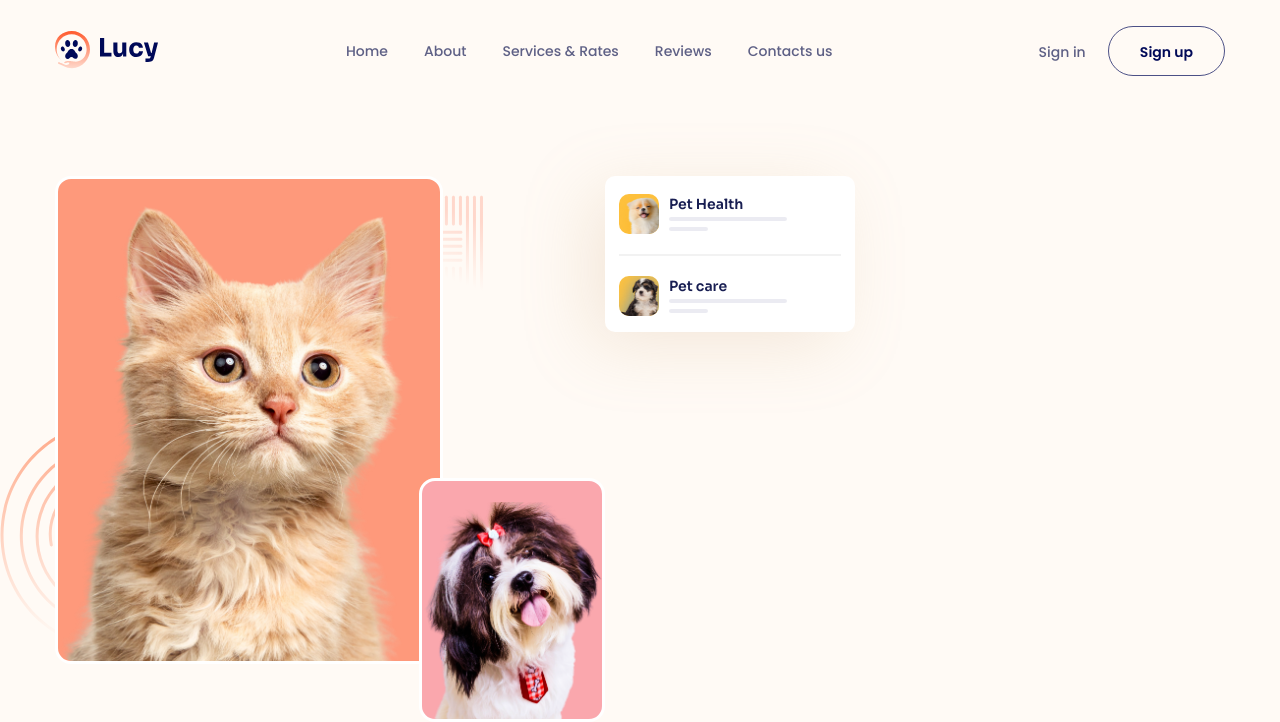
Repository: empty24062002/f8-project-05
Page: index.html
These files come from the project's save history. The page is drawn as it stood at one moment and after the next save; the edit follows.
The browser window is 1280 px wide. The pictures show the whole page.

Above is the page before, as saved 2023-09-09 17:56:36.

After the next save:
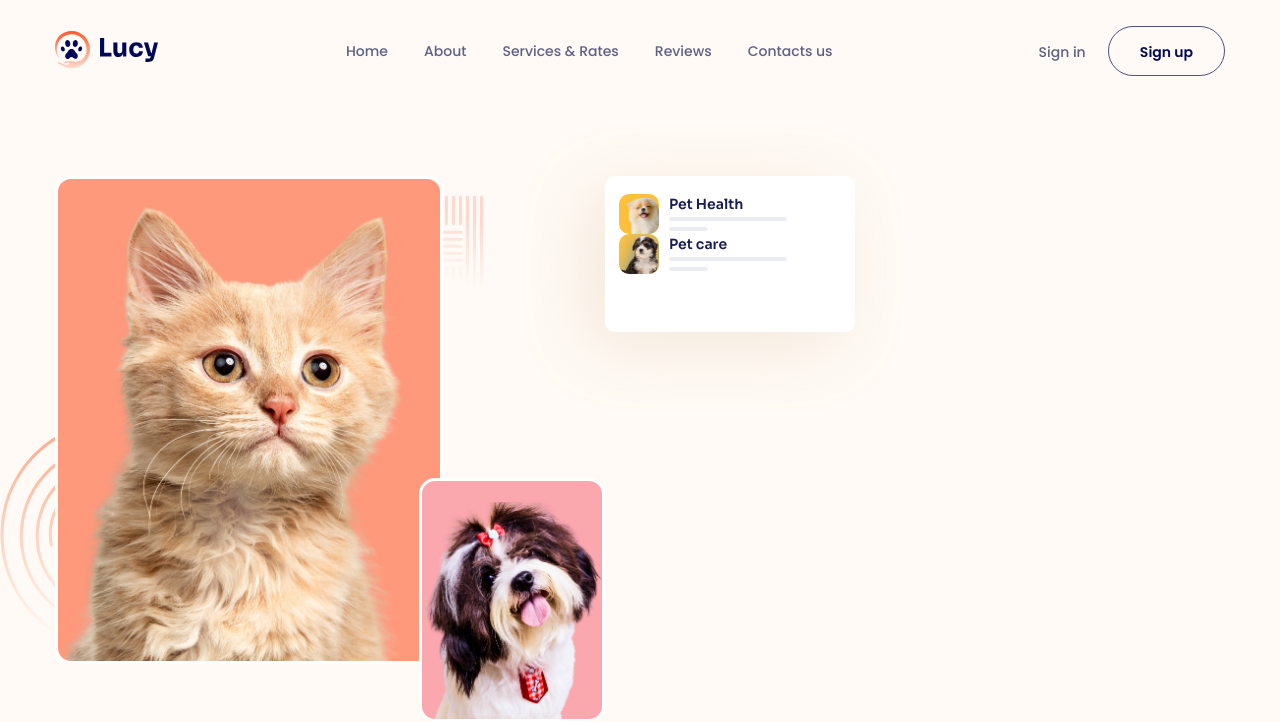
Saved 1 s later.
--- a/index.html
+++ b/index.html
@@ -182,7 +182,7 @@
                                 </div>
                             </div>
 
-                            <div class="hero-list-item__separate"></div>
+                            <span class="hero-list-item__separate"></span>
                             <!-- hero list item 2 -->
                             <div class="hero-list-item">
                                 <img src="./assets/img/hero__img4.png" alt="" class="hero-list-item__thump">

After the save that followed:
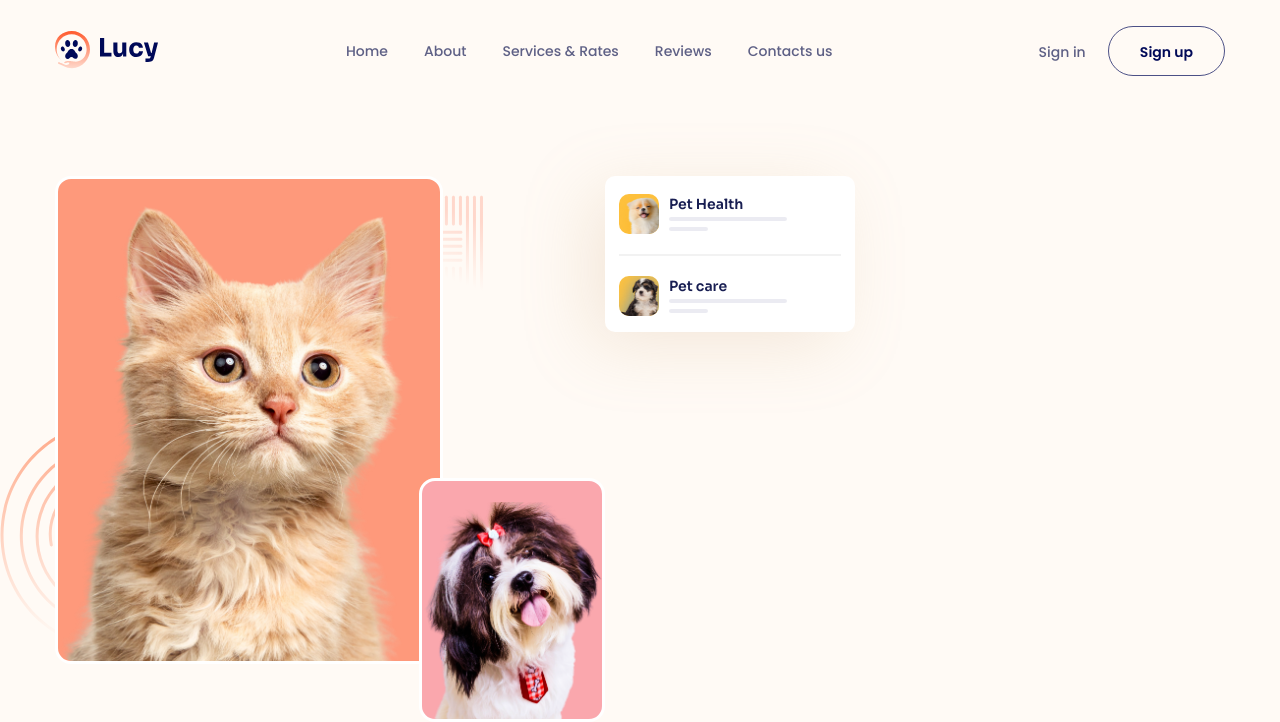
Saved 36 s later.
--- a/assets/css/styles.css
+++ b/assets/css/styles.css
@@ -191,6 +191,7 @@ a {
 }
 
 .hero-list-item__separate {
+    display: block;
     margin: 20px 0;
     width: 100%;
     height: 2px;
